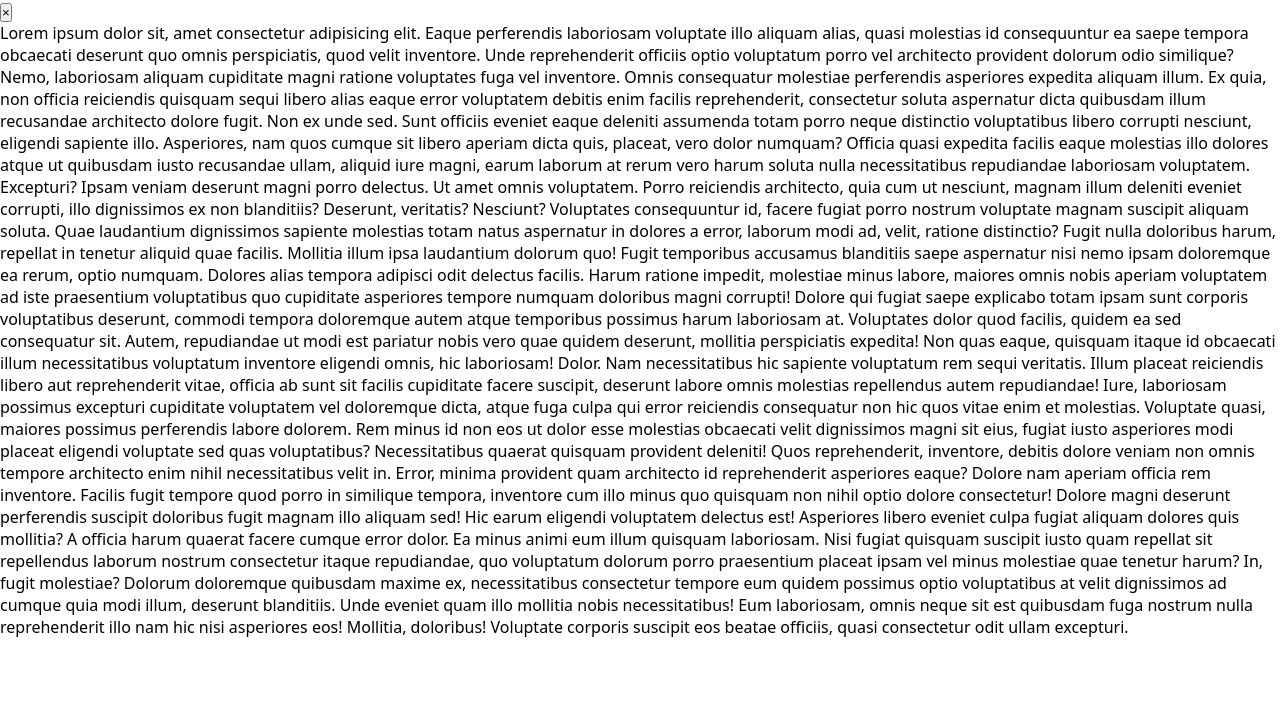
Repository: hoangan3526/Javascript-project
Page: index.html
These files come from the project's save history. The page is drawn as it stood at one moment and after the next save; the edit follows.
The browser window is 1280 px wide. The pictures show the whole page.

Above is the page before, as saved 2026-04-07 09:46:17.

After the next save:
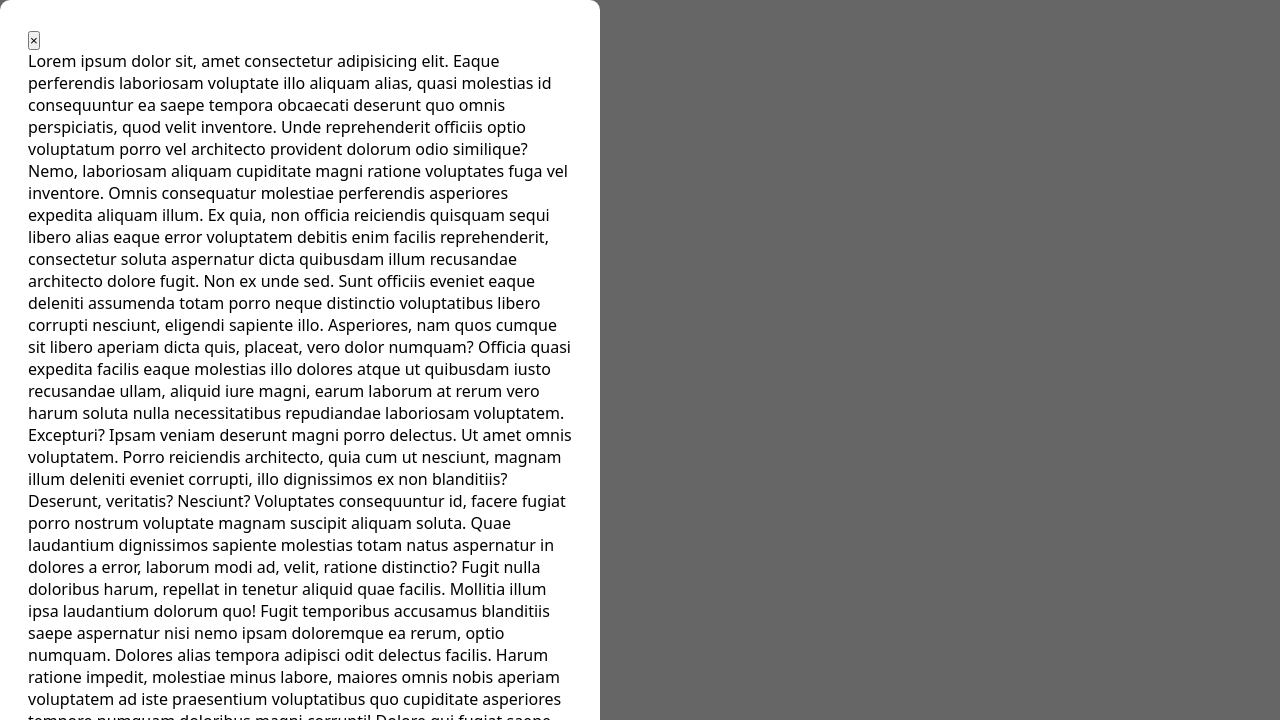
Saved 114 s later.
--- a/style.css
+++ b/style.css
@@ -11,10 +11,16 @@ body {
     font-family: system-ui, -apple-system, BlinkMacSystemFont, 'Segoe UI', Roboto, Oxygen, Ubuntu, Cantarell, 'Open Sans', 'Helvetica Neue', sans-serif;
 }
 .modal-backdrop{
-
+    position: fixed;
+    inset: 0;
+    background-color: rgba(0,0,0,0.6);
 }
 
 .modal-container{
+     width: min(600px, 90%);
+     padding: 28px ;
+     border-radius: 10px;
+    background-color: #fff;
 
 }
 
